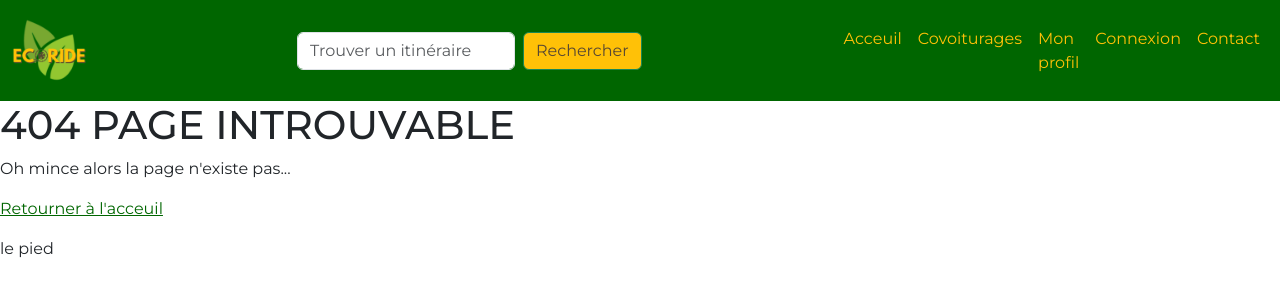
Repository: lemonhao9/ECF
Page: index.html
These files come from the project's save history. The page is drawn as it stood at one moment and after the next save; the edit follows.
The browser window is 1280 px wide. The pictures show the whole page.
Some web fonts or font styles are not loaded; a fallback is used. The style sheet was rebuilt from its Sass, Less or Tailwind sources for each picture, by a compiler version that may differ from the author's.

Above is the page before, as saved 2025-02-11 14:28:28.

### index.html
<!DOCTYPE html>
<html lang="fr">
<head>
    <meta charset="UTF-8">
    <meta name="viewport" content="width=device-width, initial-scale=1.0">
    <link rel="preconnect" href="https://fonts.googleapis.com">
    <link rel="preconnect" href="https://fonts.gstatic.com" crossorigin>
    <link href="https://fonts.googleapis.com/css2?family=Hind+Madurai:wght@300;400;500;600;700&family=Montserrat:ital,wght@0,100..900;1,100..900&display=swap" rel="stylesheet">
    <link rel="stylesheet" href="/scss/main.css"/>
    <title>EcoRide</title>
</head>
<body>

    <header>
<nav class="navbar navbar-expand-lg bg-primary" data-bs-theme="light">
  <div class="container-fluid">
    <a class="navbar-brand" href="/"><img src="/images/EcoRideLOGO.png" class="img-fluid" alt="logo EcoRide" width="75px"height="50px"></a>
    <button class="navbar-toggler" type="button" data-bs-toggle="collapse" data-bs-target="#navbarSupportedContent" aria-controls="navbarSupportedContent" aria-expanded="false" aria-label="Toggle navigation">
      <span class="navbar-toggler-icon"></span>
    </button>
    <div class="collapse navbar-collapse" id="navbarSupportedContent">
        <div class="d-flex justify-content-center w-100">
            <form class="d-flex" role="search">
              <input class="form-control me-2" type="search" placeholder="Trouver un itinéraire" aria-label="Search">
              <button class="btn btn-outline-success bg-secondary text-black" type="submit">Rechercher</button>
            </form>
          </div>
      <ul class="navbar-nav ms-auto mb-2 mb-lg-0">
        <li class="nav-item">
          <a class="nav-link text-secondary" href="/">Acceuil</a>
        </li>
        <li class="nav-item">
          <a class="nav-link text-secondary" href="/formCovoit">Covoiturages</a>
        </li>
        <li class="nav-item">
          <a class="nav-link text-secondary" href="/profile">Mon profil</a>
        </li>
        <li class="nav-item">
            <a class="nav-link text-secondary" href="#">Connexion</a>
          </li>
          <li class="nav-item">
            <a class="nav-link text-secondary" href="">Contact</a>
          </li>
      </ul>

    </div>
  </div>
</nav>
    </header>

    <main id="main-page">
        <!-- Injection du contenu des différentes pages-->
    </main>
    <footer>
        le pied
    </footer>

    <script type="module" src="./Router/router.js"></script>
    <script src="node_modules/bootstrap/dist/js/bootstrap.bundle.min.js"></script>

</body>
</html>

### Router/router.js
import Route from "./Route.js";
import { allRoutes, websiteName } from "./allRoutes.js";

// Création d'une route pour la page 404 (page introuvable)
const route404 = new Route("404", "Page introuvable", "/pages/404.html");

// Fonction pour récupérer la route correspondant à une URL donnée
const getRouteByUrl = (url) => {
  let currentRoute = null;
  // Parcours de toutes les routes pour trouver la correspondance
  allRoutes.forEach((element) => {
    if (element.url == url) {
      currentRoute = element;
    }
  });
  // Si aucune correspondance n'est trouvée, on retourne la route 404
  if (currentRoute != null) {
    return currentRoute;
  } else {
    return route404;
  }
};

// Fonction pour charger le contenu de la page
const LoadContentPage = async () => {
  const path = window.location.pathname;
  // Récupération de l'URL actuelle
  const actualRoute = getRouteByUrl(path);
  // Récupération du contenu HTML de la route
  const html = await fetch(actualRoute.pathHtml).then((data) => data.text());
  // Ajout du contenu HTML à l'élément avec l'ID "main-page"
  document.getElementById("main-page").innerHTML = html;

  // Ajout du contenu JavaScript
  if (actualRoute.pathJS != "") {
    // Création d'une balise script
    var scriptTag = document.createElement("script");
    scriptTag.setAttribute("type", "text/javascript");
    scriptTag.setAttribute("src", actualRoute.pathJS);

    // Ajout de la balise script au corps du document
    document.querySelector("body").appendChild(scriptTag);
  }

  // Changement du titre de la page
  document.title = actualRoute.title + " - " + websiteName;
};

// Fonction pour gérer les événements de routage (clic sur les liens)
const routeEvent = (event) => {
  event = event || window.event;
  event.preventDefault();
  // Mise à jour de l'URL dans l'historique du navigateur
  window.history.pushState({}, "", event.target.href);
  // Chargement du contenu de la nouvelle page
  LoadContentPage();
};

// Gestion de l'événement de retour en arrière dans l'historique du navigateur
window.onpopstate = LoadContentPage;
// Assignation de la fonction routeEvent à la propriété route de la fenêtre
window.route = routeEvent;
// Chargement du contenu de la page au chargement initial
LoadContentPage();

### Router/allRoutes.js
import Route from "./Route.js";

//Définir ici vos routes
export const allRoutes = [
    new Route("/", "Accueil", "./pages/home.html"),
    new Route("/profile", "Profil", "./pages/profile.html"),
    new Route("/login", "Connexion", "./pages/auth/login.html"),
    new Route("/signin", "Inscription", "./pages/auth/signin.html"),
    new Route("/formCovoit", "Covoiturages", "./pages/formCovoit.html"),
    new Route("/vueCovoit", "Se déplacer", "./pages/vueCovoit.html")
];

//Le titre s'affiche comme ceci : Route.titre - websitename
export const websiteName = "EcoRide";

### pages/404.html
<div>
    <h1>404 PAGE INTROUVABLE</h1>
    <p>Oh mince alors la page n'existe pas...</p>
    <p><a href="/">Retourner à l'acceuil</a></p>
</div>

### scss/main.scss
@import 'custom'

### scss/_custom.scss
// Include any default variable overrides here (though functions won't be available)

$primary: #006600;
$secondary: #FFC107;
$dark:#392C1E;
$black:  #584832;
$font-family-sans-serif: "Montserrat", sans-serif !default;
$font-family-serif: "Hind Madurai", serif !default;

@import "../node_modules/bootstrap/scss/bootstrap";

//Suite du code ici

.navbar-toggler-icon {
    background-image: url("data:[embedded picture, 225 characters]");
  }
.navbar-toggler{
  border:none; //2px solid #FFC107;
}
.navbar-toggler:focus{
  box-shadow: none;
}

Loaded but not shown: node_modules/bootstrap/dist/js/bootstrap.bundle.min.js (library); Router/Route.js (common file)

After the next save:
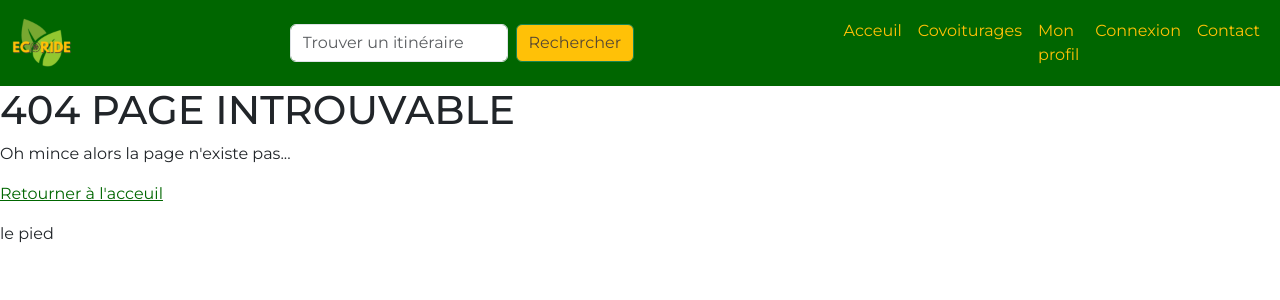
Saved 21 s later.
--- a/index.html
+++ b/index.html
@@ -14,7 +14,7 @@
     <header>
 <nav class="navbar navbar-expand-lg bg-primary" data-bs-theme="light">
   <div class="container-fluid">
-    <a class="navbar-brand" href="/"><img src="/images/EcoRideLOGO.png" class="img-fluid" alt="logo EcoRide" width="75px"height="50px"></a>
+    <a class="navbar-brand" href="/"><img src="/images/EcoRideLOGO.png" class="img-fluid" alt="logo EcoRide" width="60px"height="50px"></a>
     <button class="navbar-toggler" type="button" data-bs-toggle="collapse" data-bs-target="#navbarSupportedContent" aria-controls="navbarSupportedContent" aria-expanded="false" aria-label="Toggle navigation">
       <span class="navbar-toggler-icon"></span>
     </button>
